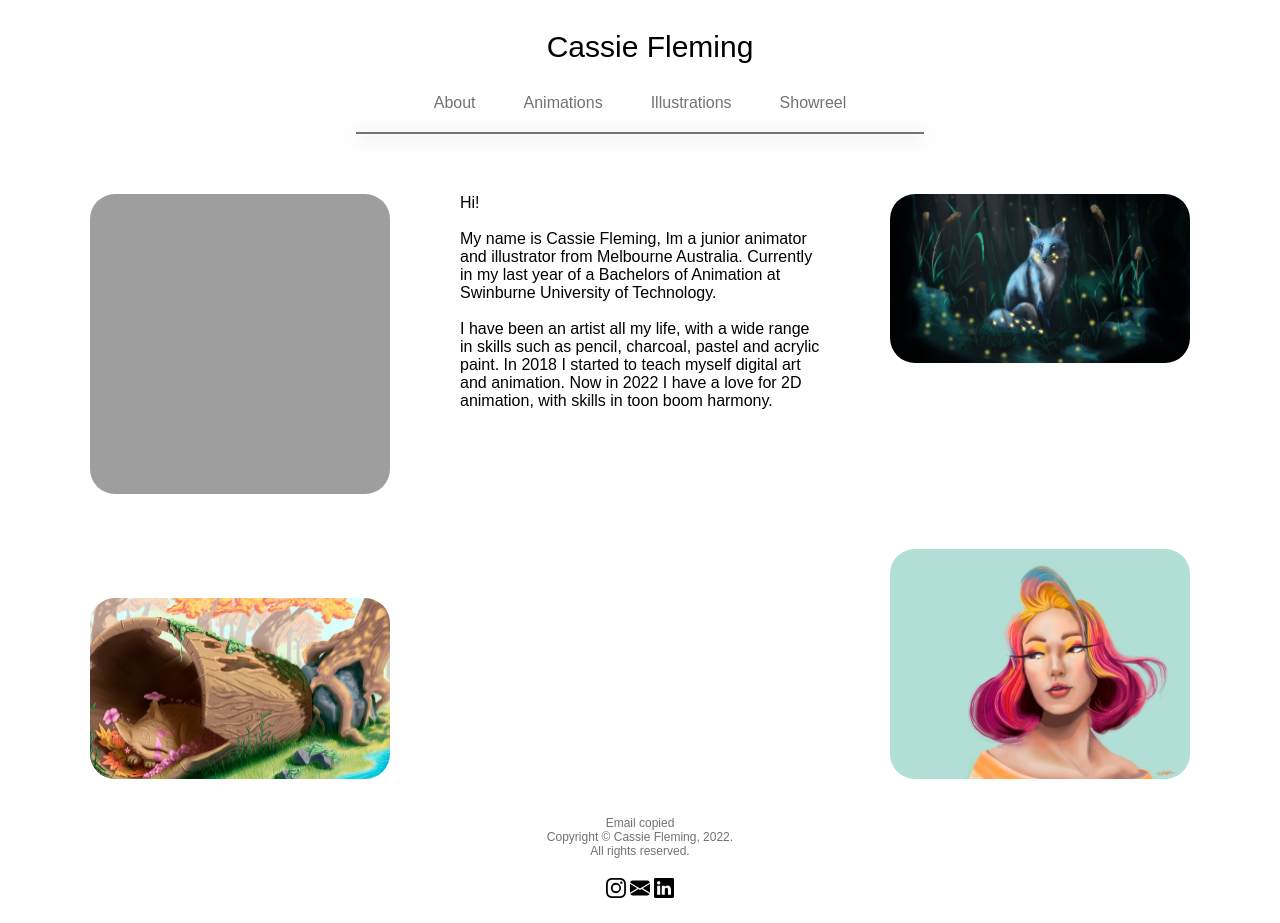
Repository: David-Waite/Cassie-Fleming-portfolio
Page: /
An editor plug-in stored every save of this project. The page is shown before and after the next save, followed by the edit.
The browser window is 1280 px wide. The pictures show the whole page.
Pictures or frames that could not be fetched are drawn as grey boxes. Some web fonts or font styles are not loaded; a fallback is used. The project was rebuilt for these pictures with package versions that can differ from the ones it lists, and the page was loaded fresh each time. The framework's server and built-in components were replaced by stand-ins that run in the browser. Also part of the build but not shown: next.config.js.

Above is the page before, as saved 2022-09-11 17:53:03.

After the next save:
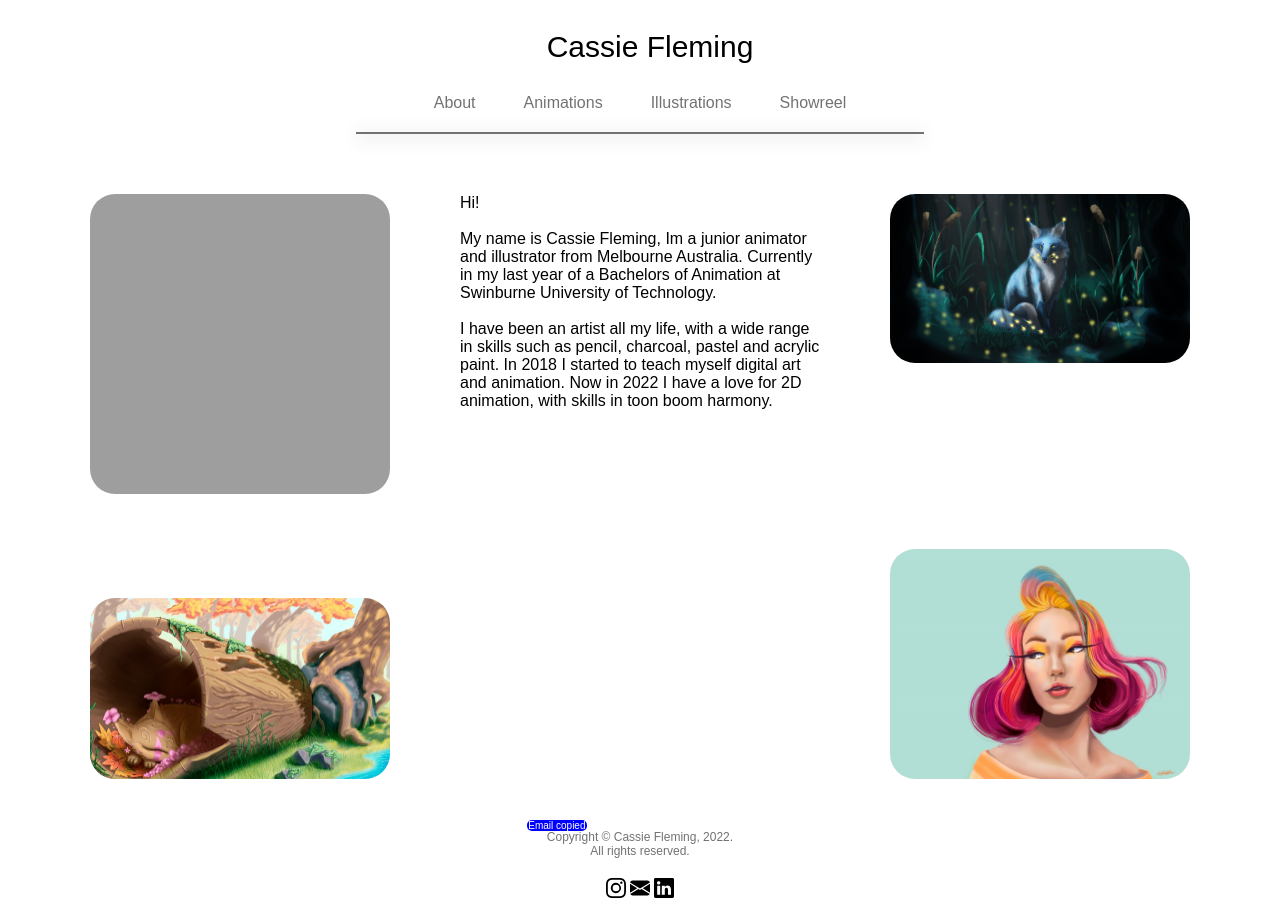
Saved 5 s later.
--- a/styles/globals.css
+++ b/styles/globals.css
@@ -101,7 +101,7 @@ footer {
   font-size: 20px;
   color: black;
 }
-.emailpopup {
+.email-popup {
   position: absolute;
   font-size: 10px;
 
